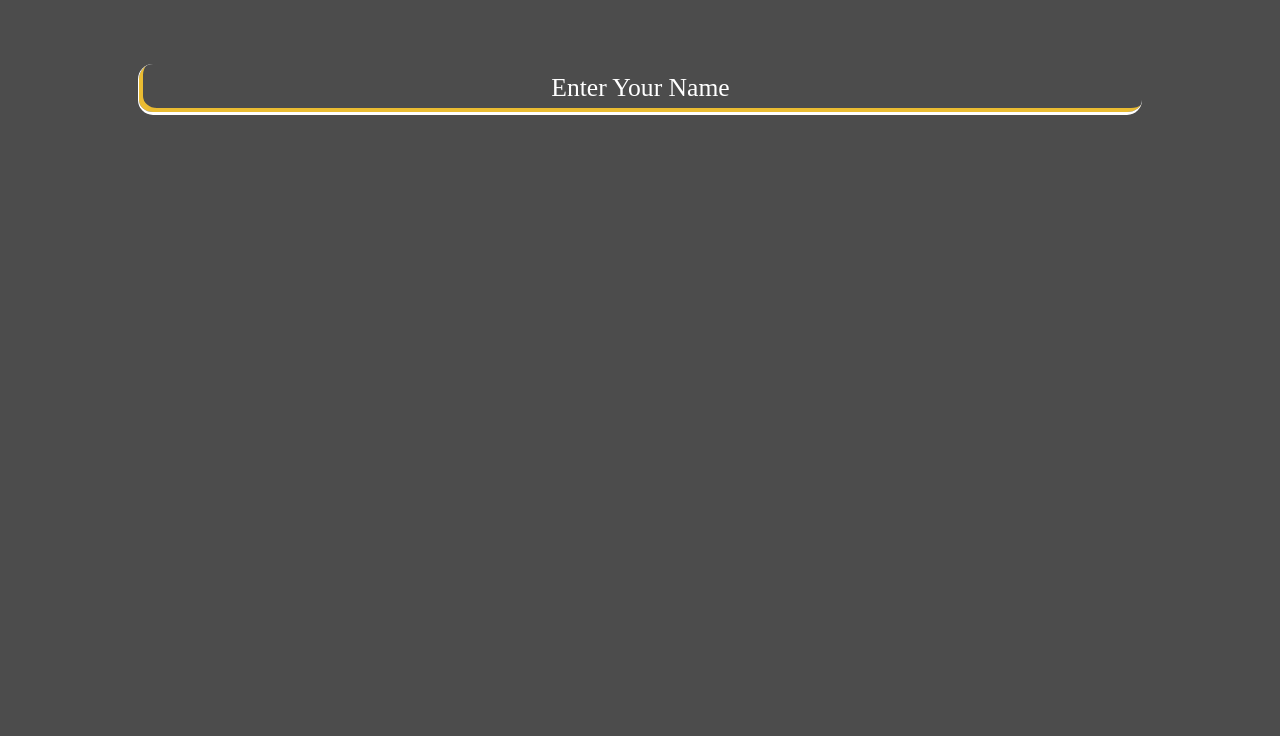
Repository: Haneef-Shaik/Greetings
Page: /
The author's editor kept a copy of each file at every save. The page is drawn from the files as they stood at one save, then again after the next save.
The browser window is 1280 px wide. The pictures show the whole page.
The project was rebuilt for these pictures with package versions that can differ from the ones it lists, and the page was loaded fresh each time. The framework's server and built-in components were replaced by stand-ins that run in the browser. Also part of the build but not shown: next.config.js, styles/card.module.scss, components/card.js, styles/socialShare.module.scss, components/socialShare.js.

Above is the page before, as saved 2021-12-01 20:25:12.

After the next save:
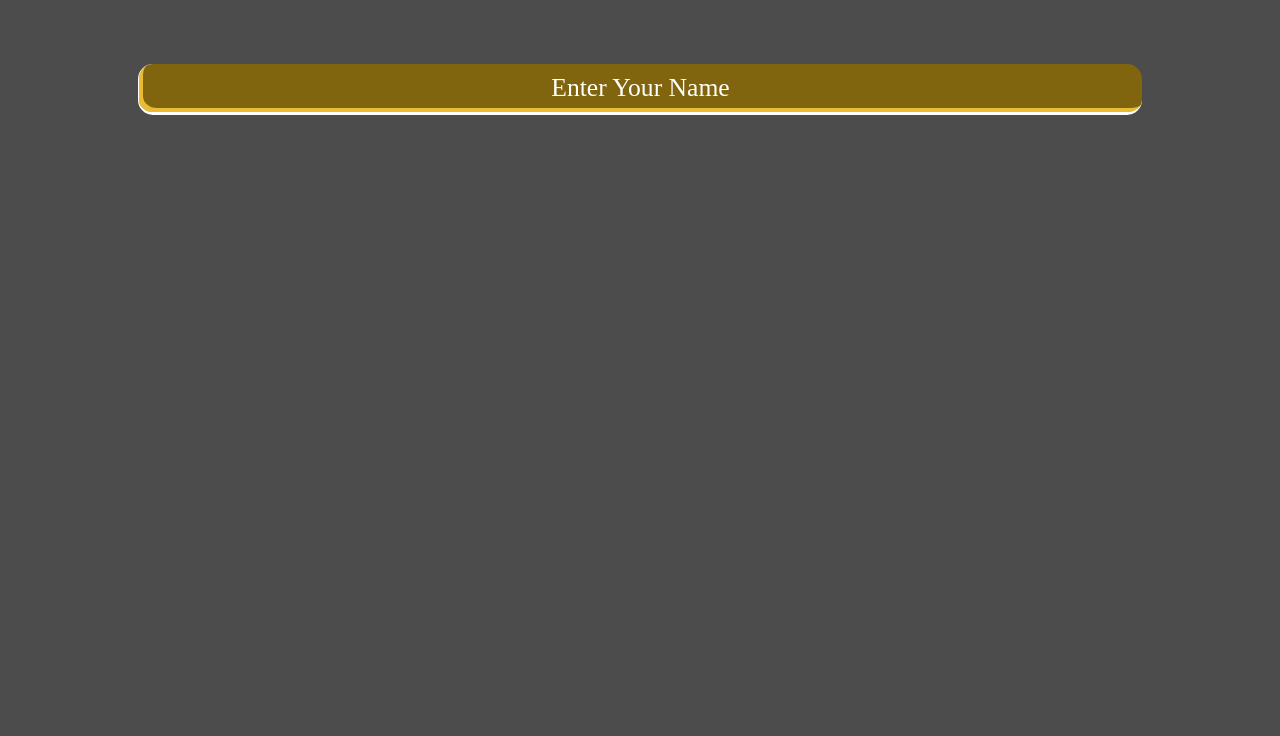
Saved 36 s later.
--- a/styles/form.module.scss
+++ b/styles/form.module.scss
@@ -11,7 +11,7 @@
         border-bottom: 3px solid #fff ;
         border-left: 1px solid #fff ;
 
-        background-color:transparent;
+        background-color:#81640E;
         border-radius:15px;
         box-shadow: inset 4px -4px 0px #EABC32;
         line-height:3rem;
